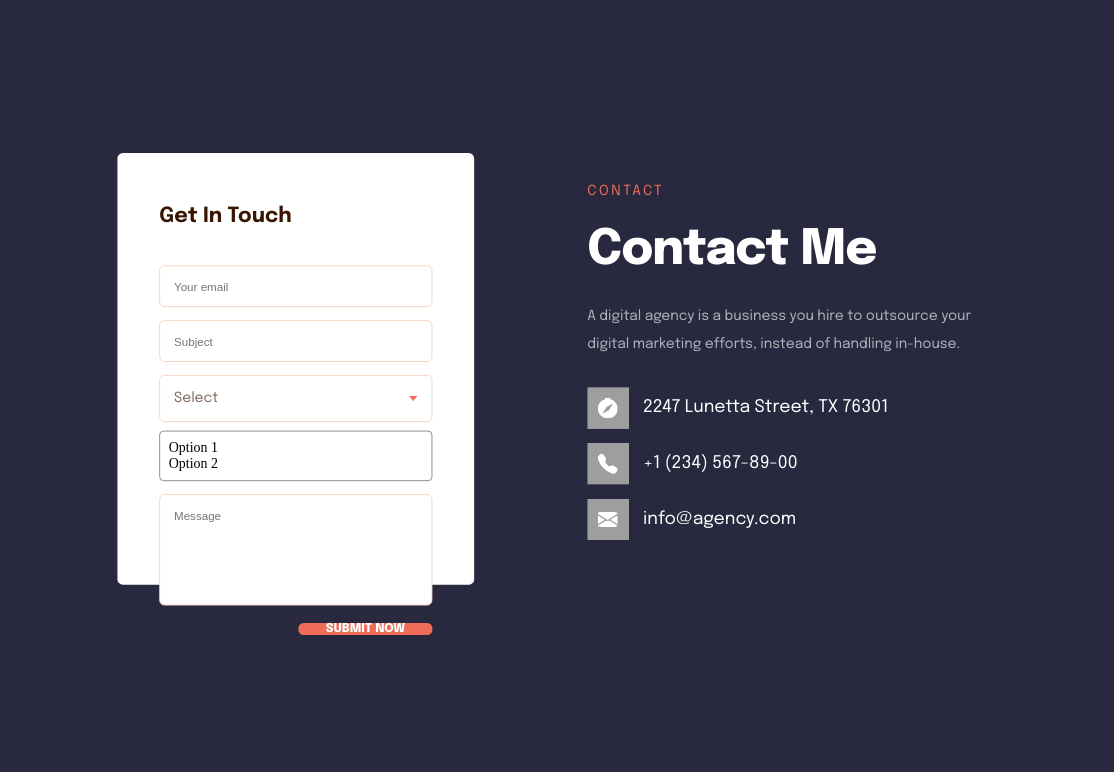
Repository: NatiqSamiyev/form-task-2
Page: index.html
An editor plug-in stored every save of this project. The page is shown before and after the next save, followed by the edit.
The browser window is 1280 px wide. The pictures show the whole page, at 87% of full size.
Pictures or frames that could not be fetched are drawn as grey boxes. Some web fonts or font styles are not loaded; a fallback is used.

Above is the page before, as saved 2023-10-26 11:49:31.

After the next save:
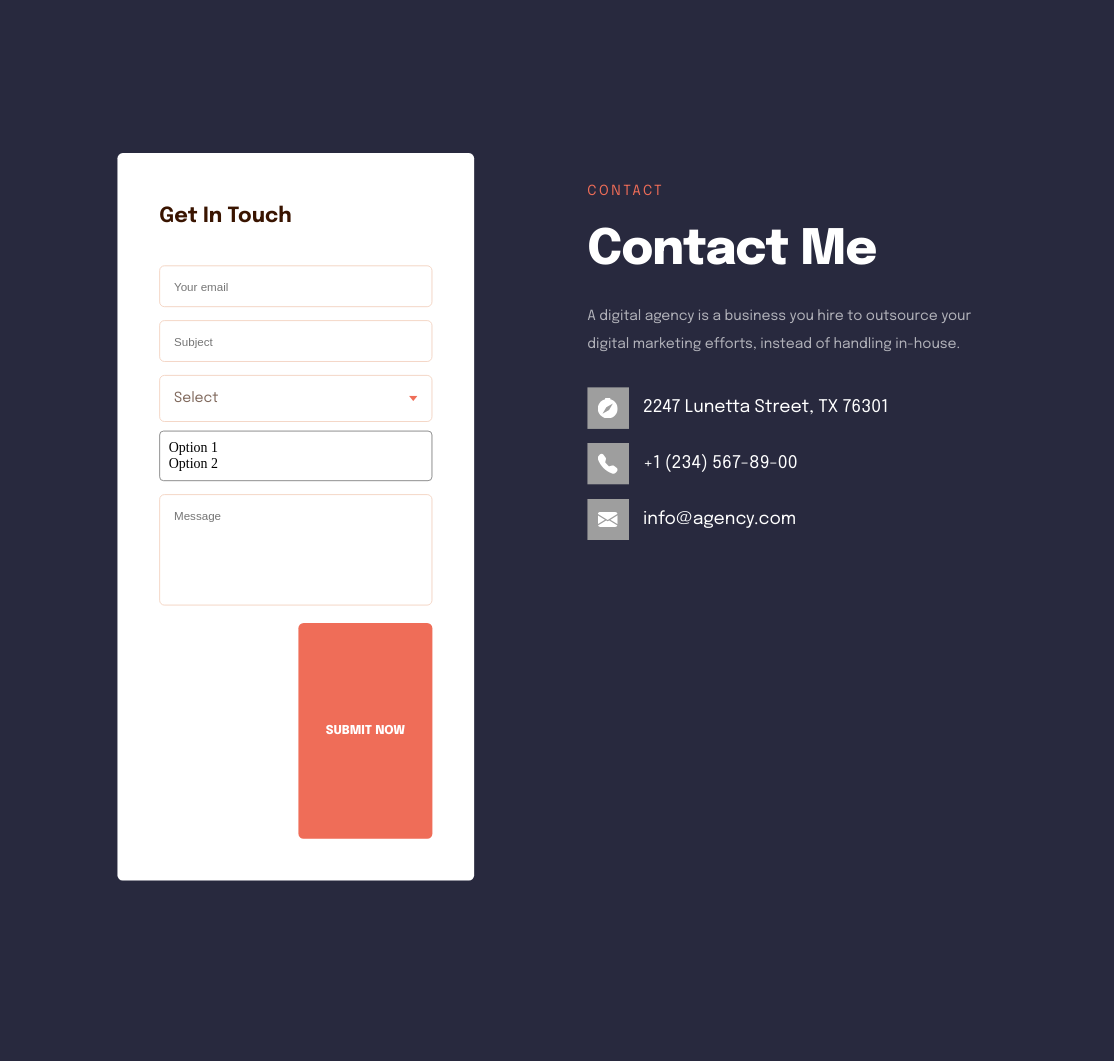
Saved 13 s later.
--- a/index.css
+++ b/index.css
@@ -17,7 +17,6 @@
 
 form {
   width: 570px;
-  height: 496px;
   padding: 57px 48px 48px 48px;
   border-radius: 6px;
   background: #fff;
